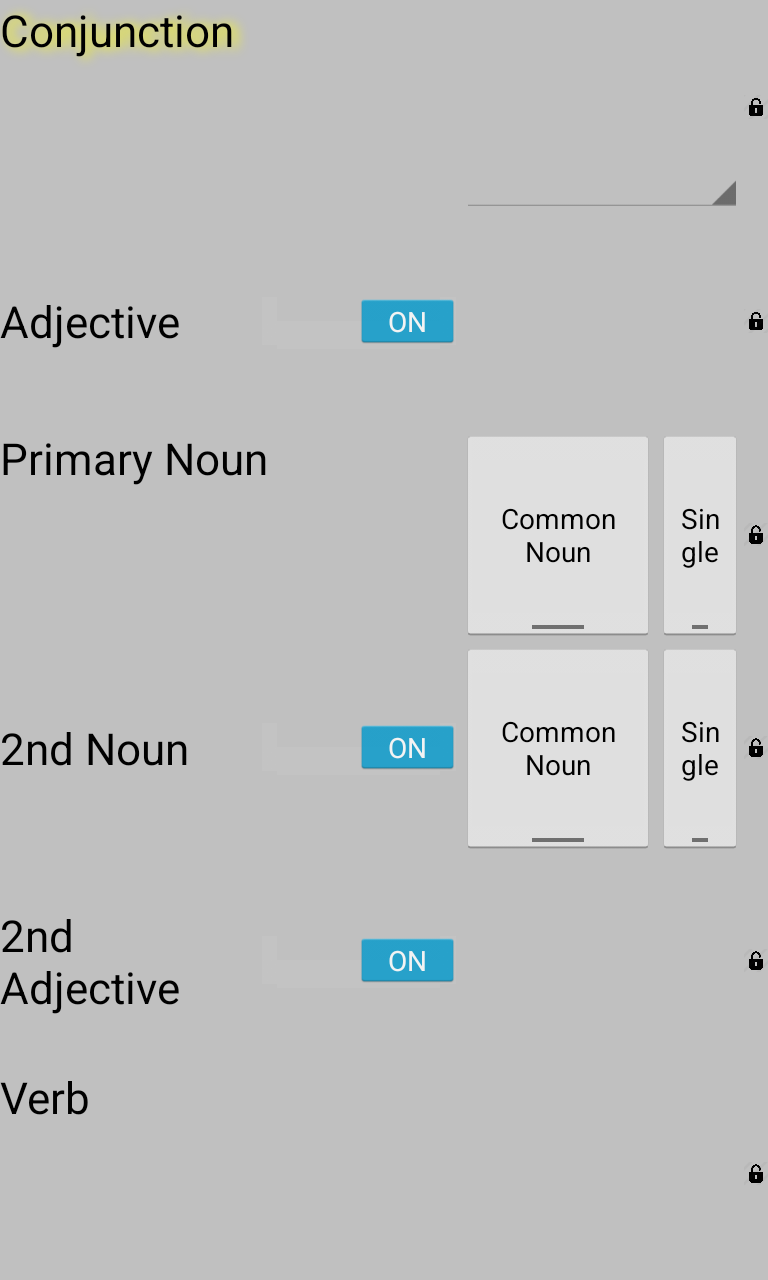
Repository: TheDizzler/TableTopTools
Layout: RPGTools/res/layout/fragment_cause_controls.xml
These files come from the project's save history. The layout is drawn as it stood at one moment and after the next save; the edit follows.
It is drawn on a 768 x 1280 px phone screen (xhdpi) without system bars, with theme AppTheme; the app's code is not run.

Above is the layout before, as saved 2017-03-26 19:15:22.

After the next save:
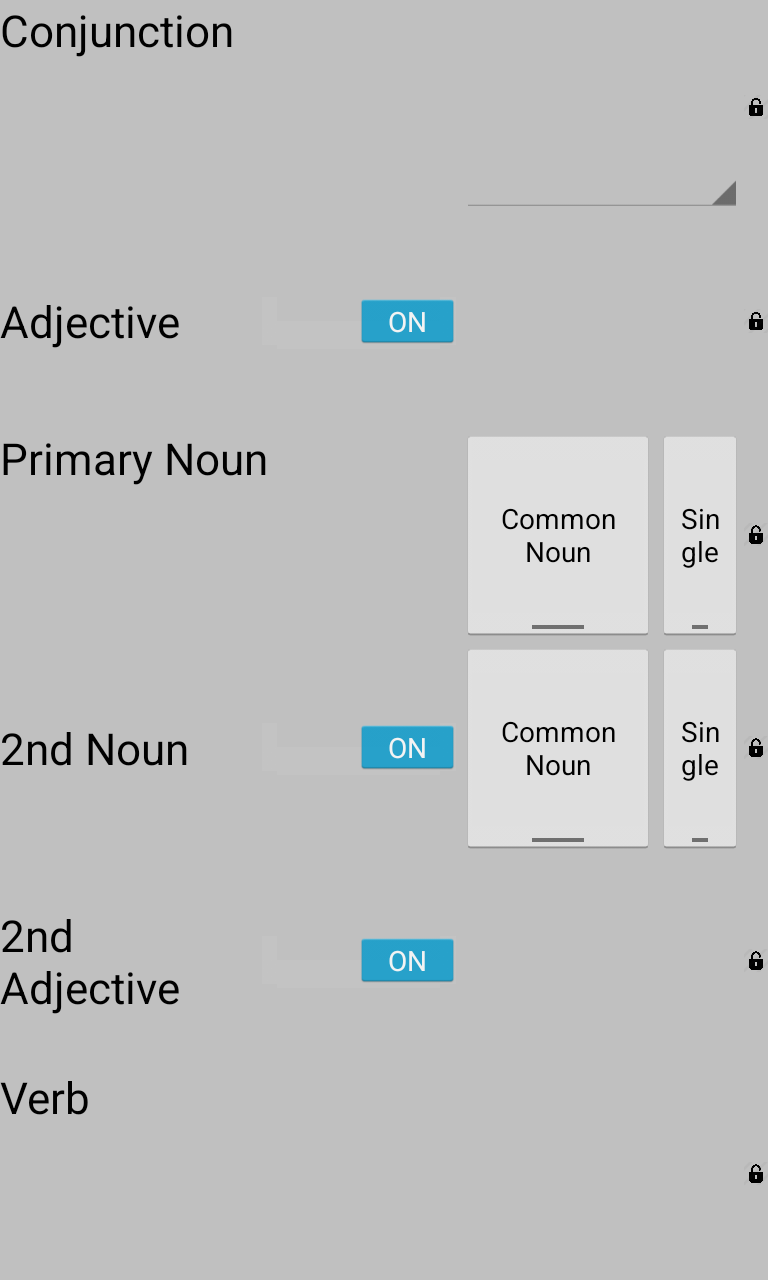
Saved 3 min 42 s later.
--- a/RPGTools/res/layout/fragment_cause_controls.xml
+++ b/RPGTools/res/layout/fragment_cause_controls.xml
@@ -21,10 +21,7 @@
             android:layout_span="1"
             android:layout_weight="1"
             android:text="Conjunction"
-            android:shadowColor="#FFFFFF00"
-            android:shadowDx="5"
-            android:shadowDy="1"
-            android:shadowRadius="9"
+            android:textColorHighlight="#FFFFFF00"
             android:textAppearance="?android:attr/textAppearanceLarge" />
 
         <Spinner
